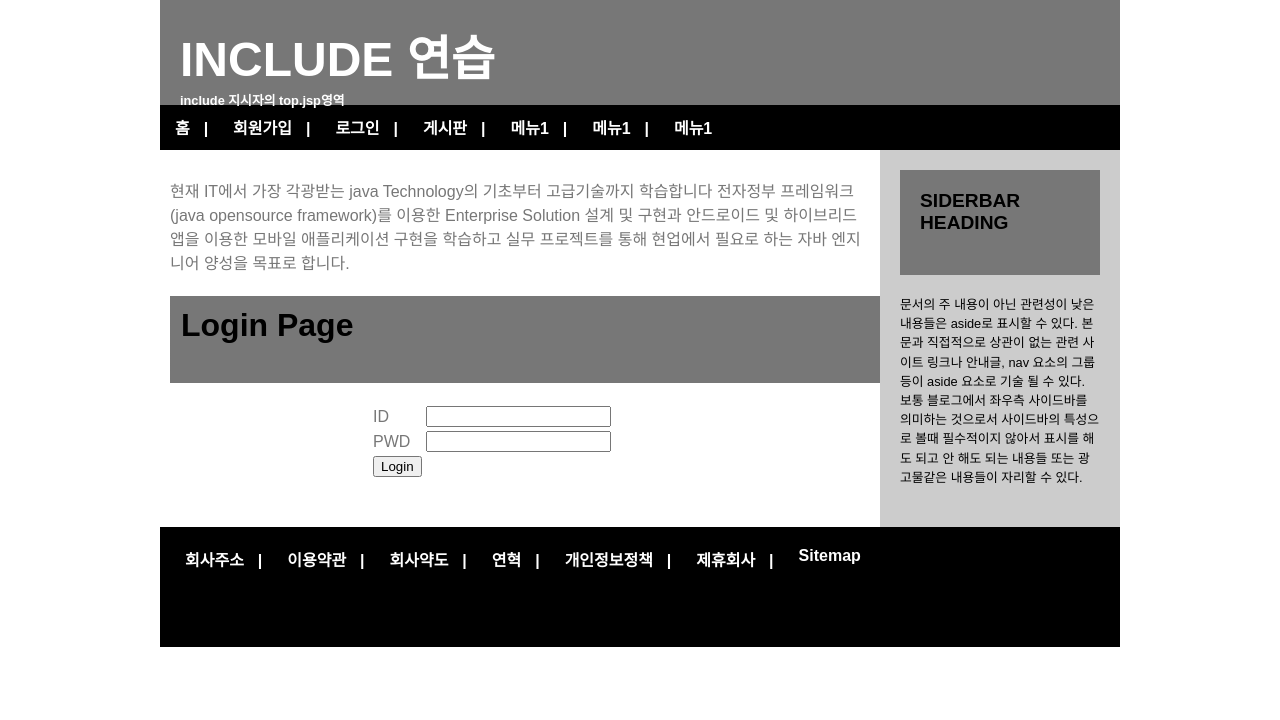
Repository: kol0372/woo
Page: http://localhost/jsp_1110re/boardForm.jsp
The author's editor kept a copy of each file at every save. The page is drawn from the files as they stood at one save, then again after the next save.
The browser window is 1280 px wide. The pictures show the whole page.
Some web libraries are served in a nearby version. The page is served by Tomcat 9.

Above is the page before, as saved 2014-11-10 02:54:42.

After the next save:
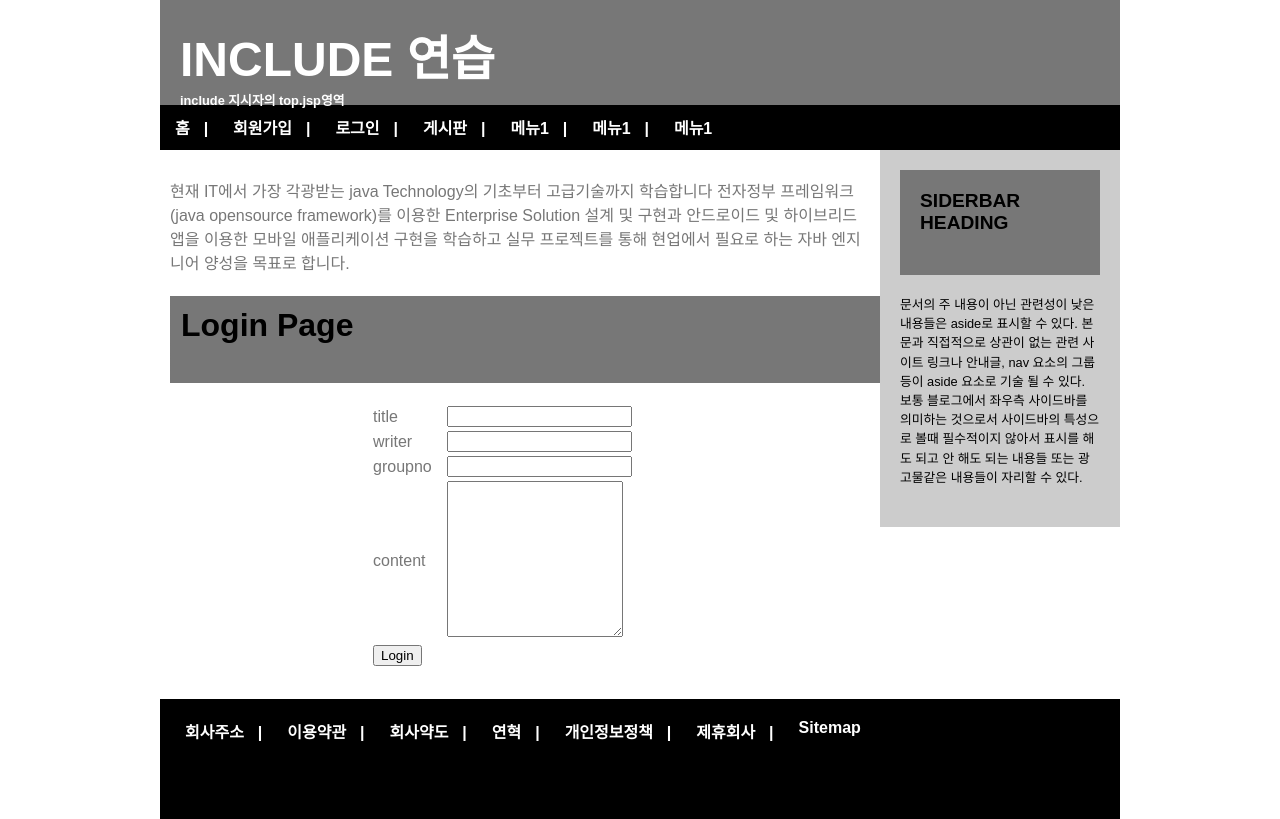
Saved 2 min 8 s later.
--- a/jspworkspace/jsp_1110re/WebContent/boardForm.jsp
+++ b/jspworkspace/jsp_1110re/WebContent/boardForm.jsp
@@ -1,44 +1,54 @@
 <%@ page language="java" contentType="text/html; charset=EUC-KR"
-    pageEncoding="EUC-KR"%>
-    <%@ include file="ex1_top.jsp"%>
+	pageEncoding="EUC-KR"%>
+<%@ include file="ex1_top.jsp"%>
 <article>
 
 
-		<p>현재 IT에서 가장 각광받는 java Technology의 기초부터 고급기술까지 학습합니다 전자정부
-			프레임워크(java opensource framework)를 이용한 Enterprise Solution 설계 및 구현과
-			안드로이드 및 하이브리드앱을 이용한 모바일 애플리케이션 구현을 학습하고 실무 프로젝트를 통해 현업에서 필요로 하는 자바
-			엔지니어 양성을 목표로 합니다.</p>
-		<section>
-			<header style="margin: auto; width: 100%;">
-				<h2>Login Page</h2>
-			</header>
-			<p>
-			<form method="post" action="loginok.jsp">
-				<table style="margin: auto; width: 300px">
-					<tr>
-						<td>ID</td>
-						<td><input type="text" name="id"></td>
-					</tr>
-					<tr>
-						<td>PWD</td>
-						<td><input type="password" name="pwd"></td>
-					</tr>
-					<tr>
-						<td colspan="2"><input type="submit" value="Login"></td>
-					</tr>
-				</table>
-			</form>
-			</p>
-		</section>
-	</article>
-	<aside>
-		<header>
-			<h1>Siderbar Heading</h1>
+	<p>현재 IT에서 가장 각광받는 java Technology의 기초부터 고급기술까지 학습합니다 전자정부
+		프레임워크(java opensource framework)를 이용한 Enterprise Solution 설계 및 구현과
+		안드로이드 및 하이브리드앱을 이용한 모바일 애플리케이션 구현을 학습하고 실무 프로젝트를 통해 현업에서 필요로 하는 자바
+		엔지니어 양성을 목표로 합니다.</p>
+	<section>
+		<header style="margin: auto; width: 100%;">
+			<h2>Login Page</h2>
 		</header>
-		<p>문서의 주 내용이 아닌 관련성이 낮은 내용들은 aside로 표시할 수 있다. 본문과 직접적으로 상관이 없는 관련
-			사이트 링크나 안내글, nav 요소의 그룹 등이 aside 요소로 기술 될 수 있다. 보통 블로그에서 좌우측 사이드바를
-			의미하는 것으로서 사이드바의 특성으로 볼때 필수적이지 않아서 표시를 해도 되고 안 해도 되는 내용들 또는 광고물같은 내용들이
-			자리할 수 있다.</p>
+		<p>
+		<form method="post" action="loginok.jsp">
+			<table style="margin: auto; width: 300px">
+				<tr>
+					<td>title</td>
+					<td><input type="text" name="title"></td>
+				</tr>
+				<tr>
+					<td>writer</td>
+					<td><input type="text" name="writer"></td>
+				</tr>
+				<tr>
+					<td>groupno</td>
+					<td><input type="text" name="groupno"></td>
+				</tr>
+				<tr>
+					<td>content</td>
+					<td><textarea rows="10" cols="25" name="content"
+							style="width: 170px"></textarea></td>
+				</tr>
 
-	</aside>
-	<%@ include file="ex1_bottom.jsp"%>
+				<tr>
+					<td colspan="2"><input type="submit" value="Login"></td>
+				</tr>
+			</table>
+		</form>
+		</p>
+	</section>
+</article>
+<aside>
+	<header>
+		<h1>Siderbar Heading</h1>
+	</header>
+	<p>문서의 주 내용이 아닌 관련성이 낮은 내용들은 aside로 표시할 수 있다. 본문과 직접적으로 상관이 없는 관련
+		사이트 링크나 안내글, nav 요소의 그룹 등이 aside 요소로 기술 될 수 있다. 보통 블로그에서 좌우측 사이드바를
+		의미하는 것으로서 사이드바의 특성으로 볼때 필수적이지 않아서 표시를 해도 되고 안 해도 되는 내용들 또는 광고물같은 내용들이
+		자리할 수 있다.</p>
+
+</aside>
+<%@ include file="ex1_bottom.jsp"%>
